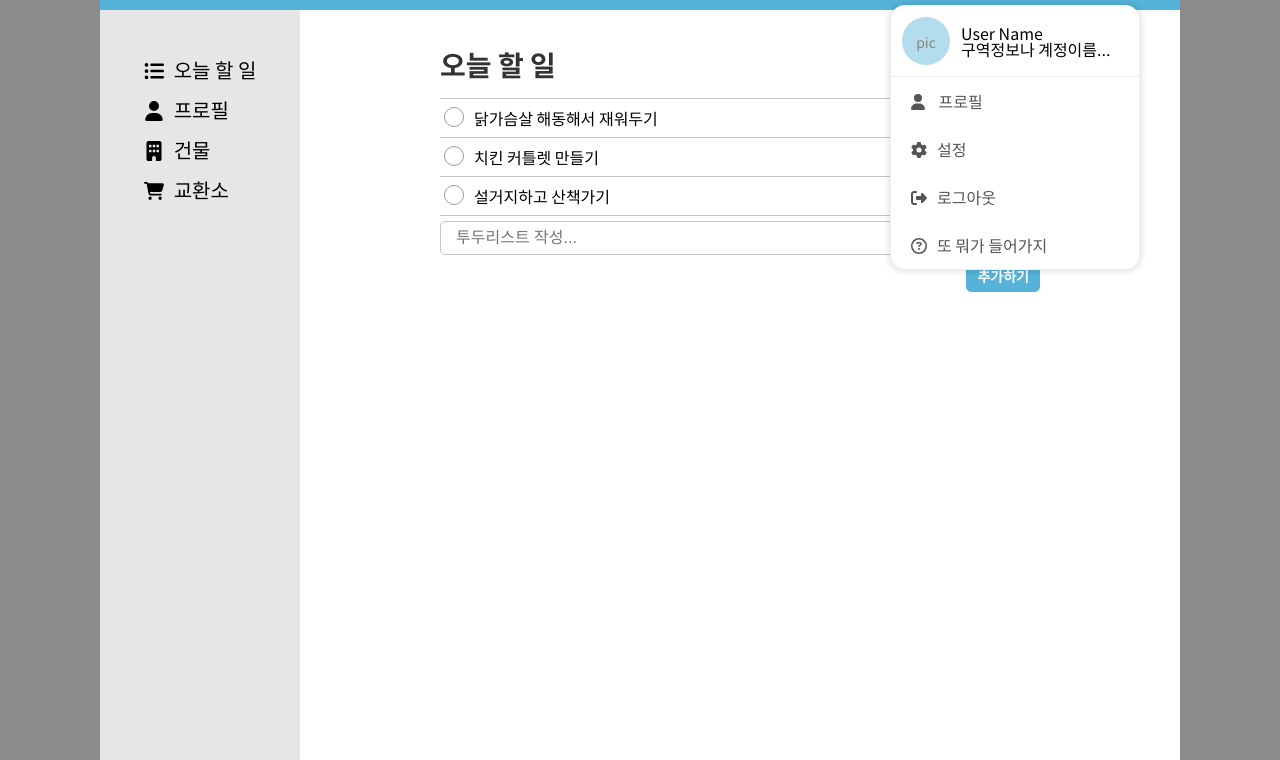
Repository: sunoo-lee/toVillage-old
Page: /
An editor plug-in stored every save of this project. The page is shown before and after the next save, followed by the edit.
The browser window is 1280 px wide. The pictures show the whole page.
The project was rebuilt for these pictures with package versions that can differ from the ones it lists, and the page was loaded fresh each time. Also part of the build but not shown: src/routes/Auth.js, src/components/MyProfile.js, src/routes/Profile.js, src/components/Area.module.css, src/components/Area.js, src/routes/Building.js, src/components/TradingShop.module.css, src/components/TradingShop.js and 1 more.

Above is the page before, as saved 2022-10-13 02:41:14.

After the next save:
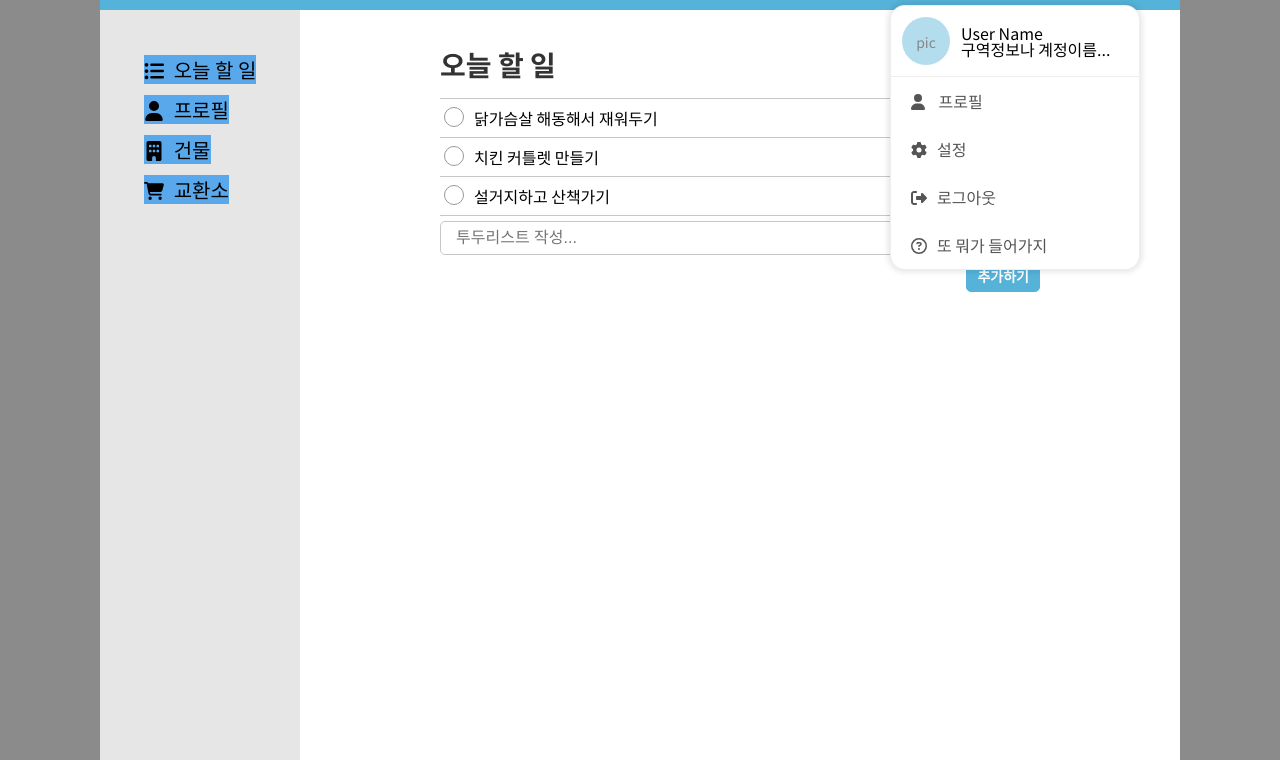
Saved 6 min 18 s later.
--- a/src/components/Navigation.module.css
+++ b/src/components/Navigation.module.css
@@ -33,9 +33,9 @@
   font-weight: 500;
   line-height: 40px;
   text-decoration: none;
+  background-color: #58a8eb;
 }
 .container ul li:hover {
-  background-color: #58a8eb;
 }
 .container ul li a svg {
   width: 20px;
